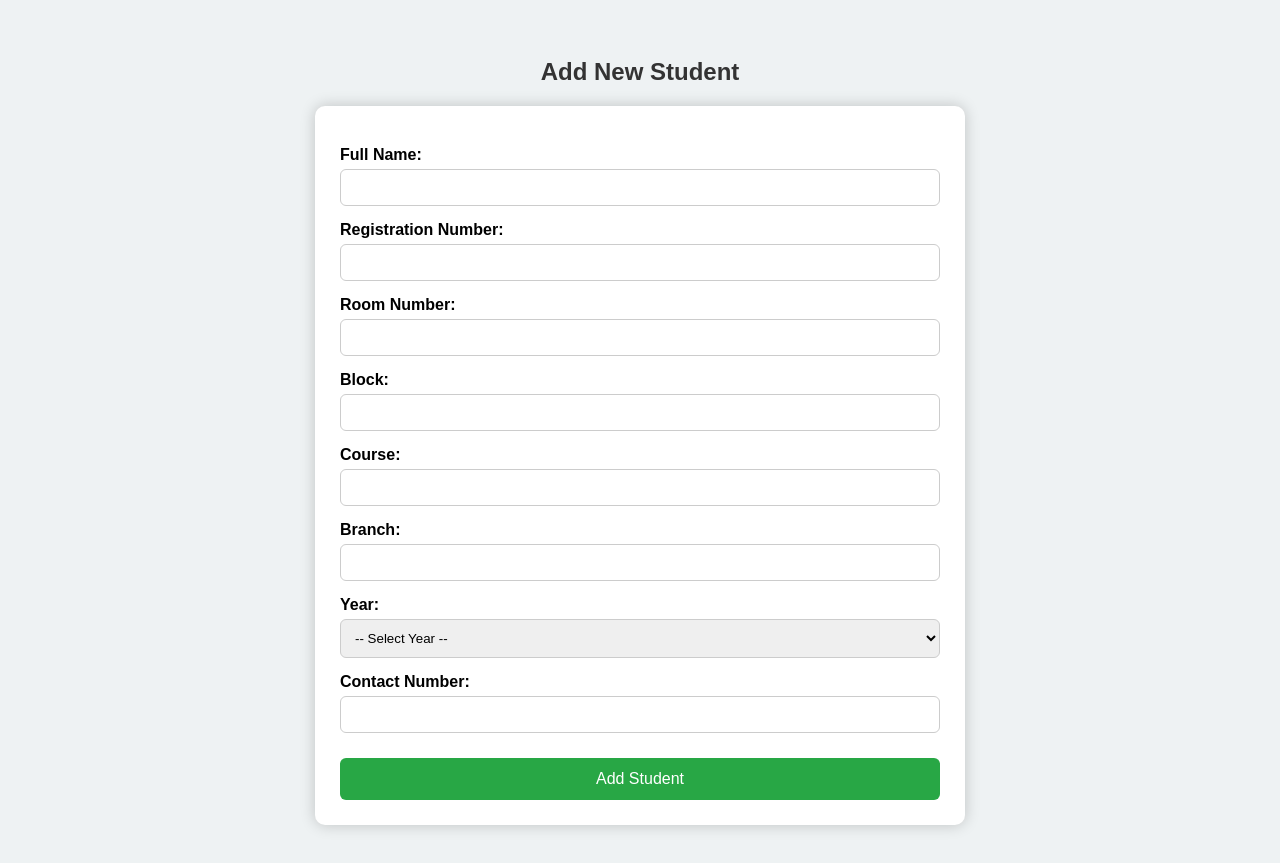
Repository: Adhyashetty-bit/Hostel-Management-System
Page: http://localhost/HostelWebApp/studentadd.jsp
These files come from the project's save history. The page is drawn as it stood at one moment and after the next save; the edit follows.
The browser window is 1280 px wide. The pictures show the whole page.
The page is served by Tomcat 9. Other server files are loaded and not shown.

Above is the page before, as saved 2025-05-27 06:41:10.

### HostelWebApp/src/main/webapp/studentadd.jsp
<%@ page language="java" contentType="text/html; charset=UTF-8"
    pageEncoding="UTF-8"%>
<%@ page import="java.util.*" %>
<!DOCTYPE html>
<html>
<head>
    <meta charset="UTF-8">
    <title>Add Student</title>
    <style>
        body {
            font-family: Arial, sans-serif;
            background-color: #eef2f3;
            padding: 30px;
        }
        h2 {
            text-align: center;
            color: #333;
        }
        .form-container {
            max-width: 600px;
            margin: auto;
            padding: 25px;
            background-color: #fff;
            box-shadow: 0 0 15px rgba(0,0,0,0.2);
            border-radius: 10px;
        }
        label {
            display: block;
            margin-top: 15px;
            font-weight: bold;
        }
        input[type="text"], input[type="number"], select {
            width: 100%;
            padding: 10px;
            margin-top: 5px;
            border-radius: 6px;
            border: 1px solid #ccc;
            box-sizing: border-box;
        }
        input[type="submit"] {
            margin-top: 25px;
            width: 100%;
            background-color: #28a745;
            color: white;
            padding: 12px;
            border: none;
            border-radius: 6px;
            font-size: 16px;
            cursor: pointer;
        }
        input[type="submit"]:hover {
            background-color: #218838;
        }
    </style>
</head>
<body>
    <h2>Add New Student</h2>
    <div class="form-container">
        <form action="StudentAddServlet" method="post">
            <label for="name">Full Name:</label>
            <input type="text" id="name" name="name" required>

            <label for="regno">Registration Number:</label>
            <input type="text" id="regno" name="regno" required>

            <label for="roomno">Room Number:</label>
            <input type="text" id="roomno" name="roomno" required>

            <label for="block">Block:</label>
            <input type="text" id="block" name="block" required>

            <label for="course">Course:</label>
            <input type="text" id="course" name="course" required>

            <label for="branch">Branch:</label>
            <input type="text" id="branch" name="branch" required>

            <label for="year">Year:</label>
            <select id="year" name="year" required>
                <option value="">-- Select Year --</option>
                <option value="1st Year">1st Year</option>
                <option value="2nd Year">2nd Year</option>
                <option value="3rd Year">3rd Year</option>
                <option value="4th Year">4th Year</option>
            </select>

            <label for="contact">Contact Number:</label>
            <input type="text" id="contact" name="contact" required>

            <input type="submit" value="Add Student">
        </form>
    </div>
</body>
</html>

After the next save:
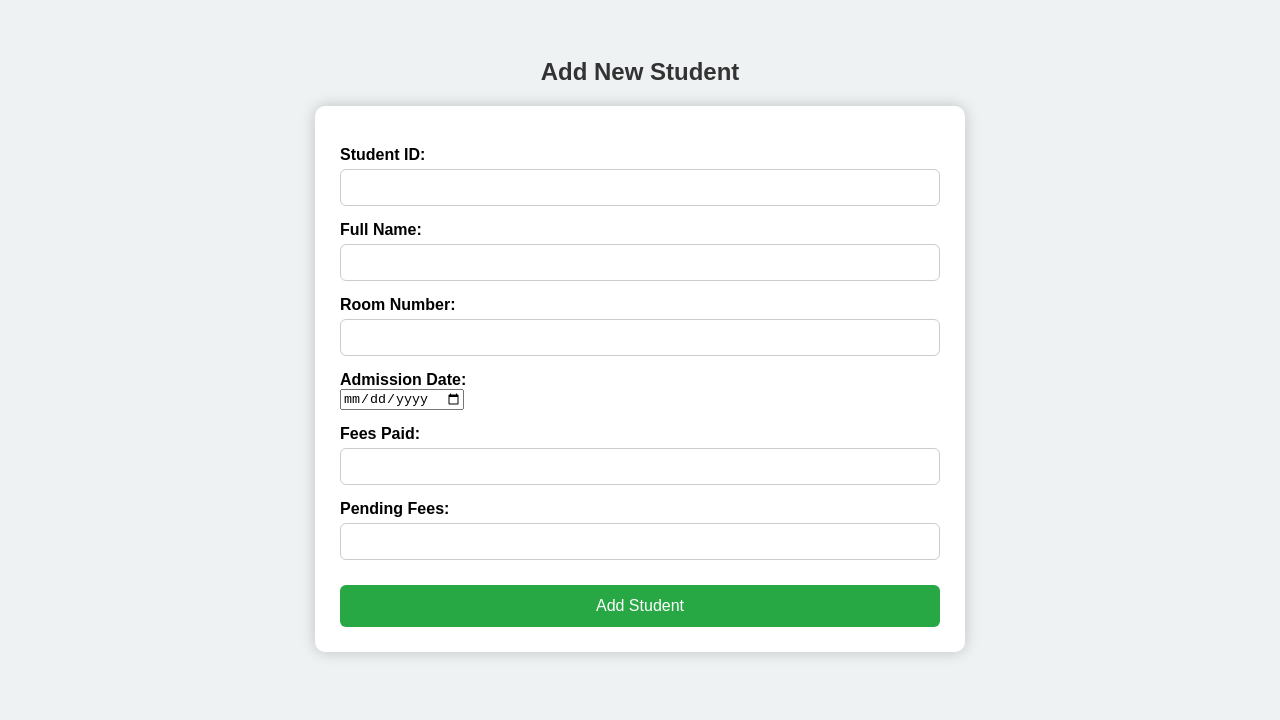
Saved 15 min 33 s later.
--- a/HostelWebApp/src/main/webapp/studentadd.jsp
+++ b/HostelWebApp/src/main/webapp/studentadd.jsp
@@ -1,6 +1,5 @@
 <%@ page language="java" contentType="text/html; charset=UTF-8"
     pageEncoding="UTF-8"%>
-<%@ page import="java.util.*" %>
 <!DOCTYPE html>
 <html>
 <head>
@@ -57,38 +56,35 @@
     <h2>Add New Student</h2>
     <div class="form-container">
         <form action="StudentAddServlet" method="post">
-            <label for="name">Full Name:</label>
-            <input type="text" id="name" name="name" required>
+            <label for="studentID">Student ID:</label>
+            <input type="number" id="studentID" name="studentID" required>
 
-            <label for="regno">Registration Number:</label>
-            <input type="text" id="regno" name="regno" required>
+            <label for="studentName">Full Name:</label>
+            <input type="text" id="studentName" name="studentName" required>
 
-            <label for="roomno">Room Number:</label>
-            <input type="text" id="roomno" name="roomno" required>
+            <label for="roomNumber">Room Number:</label>
+            <input type="text" id="roomNumber" name="roomNumber" required>
 
-            <label for="block">Block:</label>
-            <input type="text" id="block" name="block" required>
+            <label for="admissionDate">Admission Date:</label>
+            <input type="date" id="admissionDate" name="admissionDate" required>
 
-            <label for="course">Course:</label>
-            <input type="text" id="course" name="course" required>
+            <label for="feesPaid">Fees Paid:</label>
+            <input type="number" step="0.01" id="feesPaid" name="feesPaid" required>
 
-            <label for="branch">Branch:</label>
-            <input type="text" id="branch" name="branch" required>
-
-            <label for="year">Year:</label>
-            <select id="year" name="year" required>
-                <option value="">-- Select Year --</option>
-                <option value="1st Year">1st Year</option>
-                <option value="2nd Year">2nd Year</option>
-                <option value="3rd Year">3rd Year</option>
-                <option value="4th Year">4th Year</option>
-            </select>
-
-            <label for="contact">Contact Number:</label>
-            <input type="text" id="contact" name="contact" required>
+            <label for="pendingFees">Pending Fees:</label>
+            <input type="number" step="0.01" id="pendingFees" name="pendingFees" required>
 
             <input type="submit" value="Add Student">
         </form>
+
+        <%
+            String msg = (String) request.getAttribute("message");
+            if (msg != null) {
+        %>
+            <p style="color: green;"><%= msg %></p>
+        <%
+            }
+        %>
     </div>
 </body>
 </html>

After the save that followed:
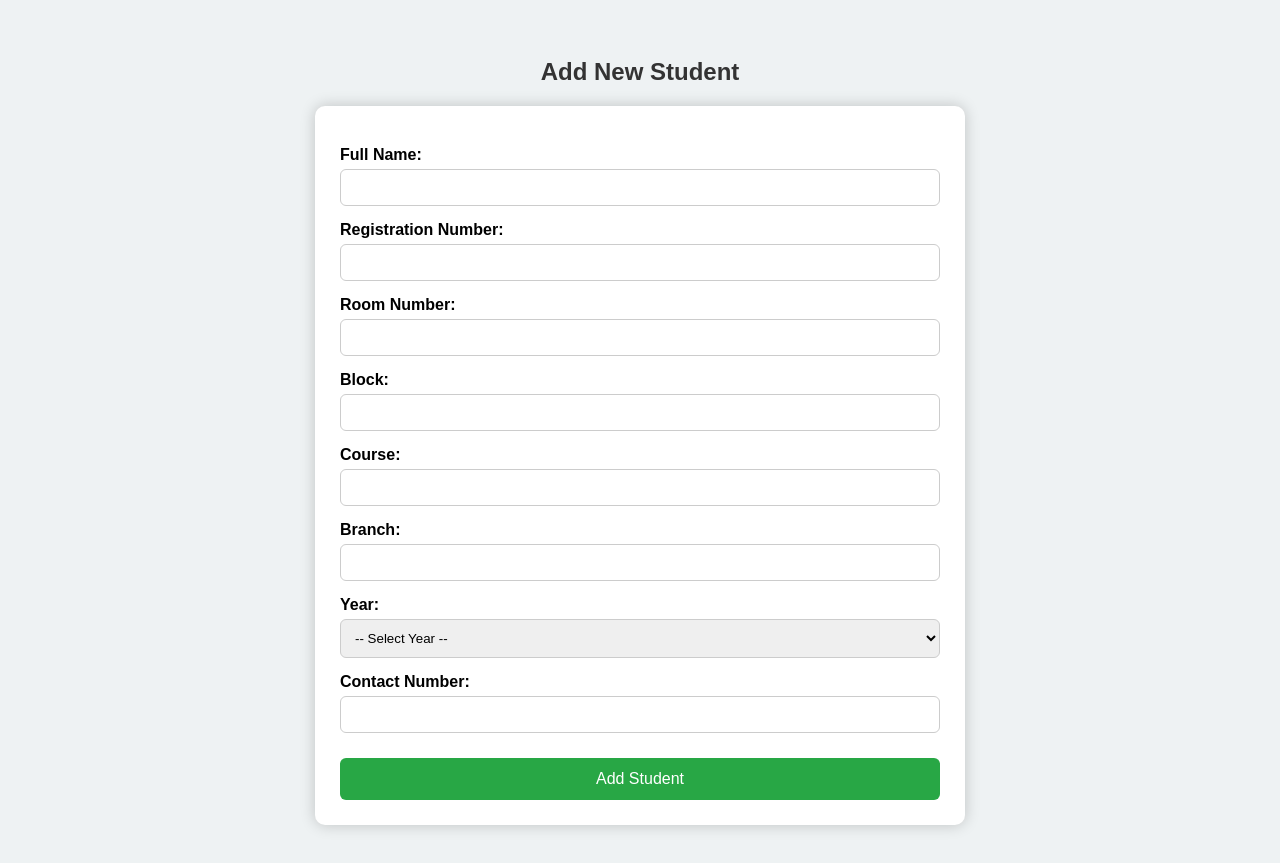
Saved 2 min 43 s later.
--- a/HostelWebApp/src/main/webapp/studentadd.jsp
+++ b/HostelWebApp/src/main/webapp/studentadd.jsp
@@ -1,5 +1,6 @@
 <%@ page language="java" contentType="text/html; charset=UTF-8"
     pageEncoding="UTF-8"%>
+<%@ page import="java.util.*" %>
 <!DOCTYPE html>
 <html>
 <head>
@@ -56,35 +57,38 @@
     <h2>Add New Student</h2>
     <div class="form-container">
         <form action="StudentAddServlet" method="post">
-            <label for="studentID">Student ID:</label>
-            <input type="number" id="studentID" name="studentID" required>
+            <label for="name">Full Name:</label>
+            <input type="text" id="name" name="name" required>
 
-            <label for="studentName">Full Name:</label>
-            <input type="text" id="studentName" name="studentName" required>
+            <label for="regno">Registration Number:</label>
+            <input type="text" id="regno" name="regno" required>
 
-            <label for="roomNumber">Room Number:</label>
-            <input type="text" id="roomNumber" name="roomNumber" required>
+            <label for="roomno">Room Number:</label>
+            <input type="text" id="roomno" name="roomno" required>
 
-            <label for="admissionDate">Admission Date:</label>
-            <input type="date" id="admissionDate" name="admissionDate" required>
+            <label for="block">Block:</label>
+            <input type="text" id="block" name="block" required>
 
-            <label for="feesPaid">Fees Paid:</label>
-            <input type="number" step="0.01" id="feesPaid" name="feesPaid" required>
+            <label for="course">Course:</label>
+            <input type="text" id="course" name="course" required>
 
-            <label for="pendingFees">Pending Fees:</label>
-            <input type="number" step="0.01" id="pendingFees" name="pendingFees" required>
+            <label for="branch">Branch:</label>
+            <input type="text" id="branch" name="branch" required>
+
+            <label for="year">Year:</label>
+            <select id="year" name="year" required>
+                <option value="">-- Select Year --</option>
+                <option value="1st Year">1st Year</option>
+                <option value="2nd Year">2nd Year</option>
+                <option value="3rd Year">3rd Year</option>
+                <option value="4th Year">4th Year</option>
+            </select>
+
+            <label for="contact">Contact Number:</label>
+            <input type="text" id="contact" name="contact" required>
 
             <input type="submit" value="Add Student">
         </form>
-
-        <%
-            String msg = (String) request.getAttribute("message");
-            if (msg != null) {
-        %>
-            <p style="color: green;"><%= msg %></p>
-        <%
-            }
-        %>
     </div>
 </body>
 </html>
